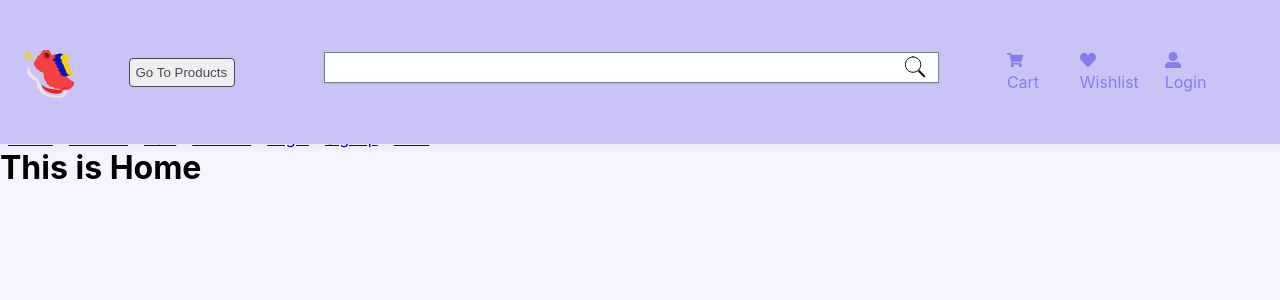
Repository: Irfan-vit/shoecase
Page: /
The author's editor kept a copy of each file at every save. The page is drawn from the files as they stood at one save, then again after a run of saves.
The browser window is 1280 px wide. The pictures show the whole page.
The page's requests for data from a server got no answer. The project was rebuilt for these pictures with package versions that can differ from the ones it lists, and the page was loaded fresh each time. No one was signed in, and anything a server would have sent is missing. Also part of the build but not shown: src/pages/Product/ProductPage.jsx, src/pages/cart/CartPage.jsx, src/pages/wishlist/WishlistPage.jsx, src/pages/login/LoginPage.jsx, src/pages/signup/SignupPage.jsx, src/pages/user/StyledUser.jsx, src/components/forms/addAddress/AddAddress.jsx, src/components/forms/editAddress/EditAddress.jsx and 4 more.

Above is the page before, as saved 2023-05-22 04:54:24.

After the next 4 saves:
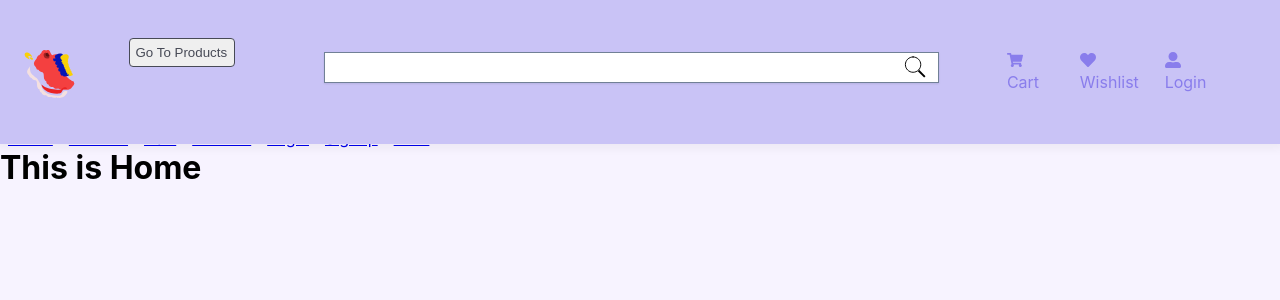
The 4 saves are shown as one change because they came seconds apart.
The last was saved 9 s later.
--- a/src/styles/NavBarStyles.jsx
+++ b/src/styles/NavBarStyles.jsx
@@ -42,8 +42,8 @@
     > :nth-child(1) {
       display: flex;
       flex-flow: row;
-      align-items: center;
-      align-content: center;
+      /* align-items: center; */
+      /* align-content: center; */
       flex-basis: 20%;
       justify-content: space-around;
     }

After the save that followed:
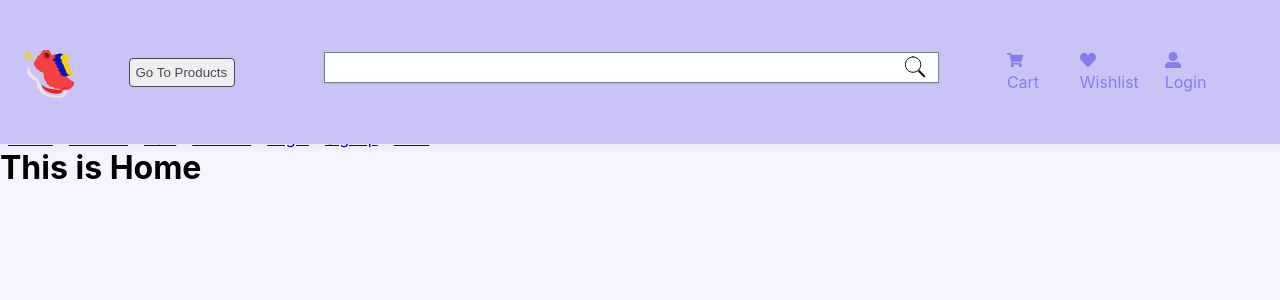
Saved 5 s later.
--- a/src/styles/NavBarStyles.jsx
+++ b/src/styles/NavBarStyles.jsx
@@ -42,7 +42,7 @@
     > :nth-child(1) {
       display: flex;
       flex-flow: row;
-      /* align-items: center; */
+      align-items: center;
       /* align-content: center; */
       flex-basis: 20%;
       justify-content: space-around;
